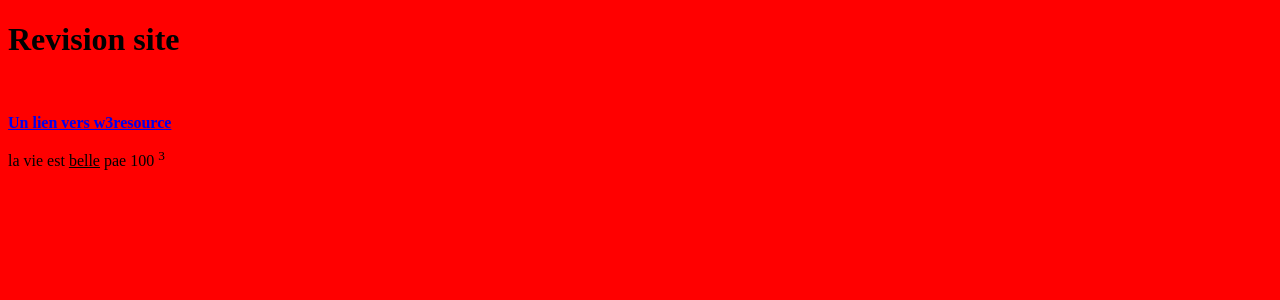
Repository: Elie-Dey/boot-start
Page: index.html
An editor plug-in stored every save of this project. The page is shown before and after the next save, followed by the edit.
The browser window is 1280 px wide. The pictures show the whole page.

Above is the page before, as saved 2021-08-18 23:14:45.

After the next save:
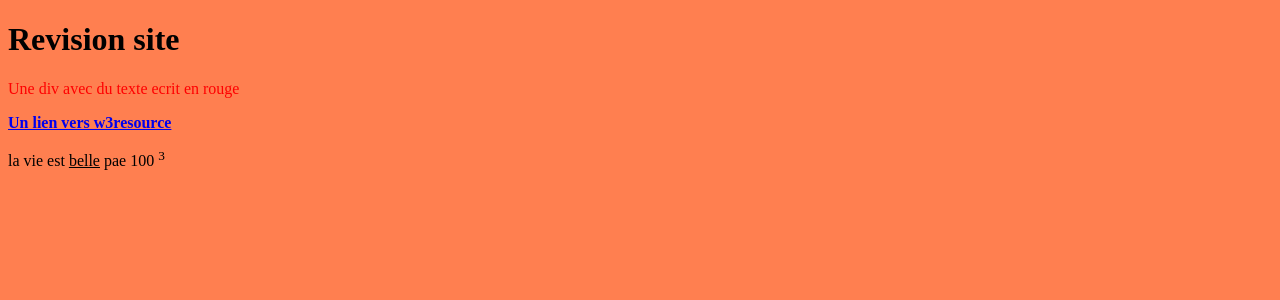
Saved 10 s later.
--- a/style.css
+++ b/style.css
@@ -1,5 +1,5 @@
 body{
-    background-color:  red;
+    background-color:  coral;
 }
 a{
     font-weight: bold;
